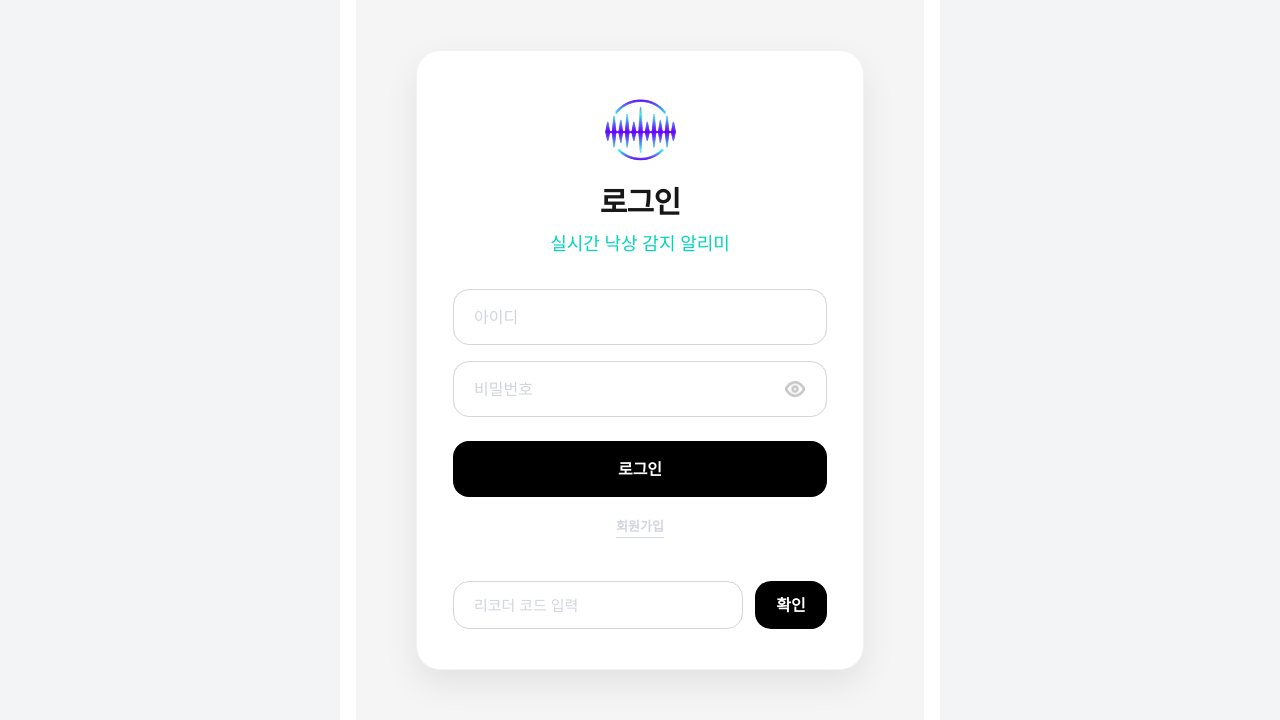
Repository: AudioFallCare/AudioFallCare_web
Page: /
The author's editor kept a copy of each file at every save. The page is drawn from the files as they stood at one save, then again after the next save.
The browser window is 1280 px wide. The pictures show the whole page.
Some web fonts or font styles are not loaded; a fallback is used. The project was rebuilt for these pictures with package versions that can differ from the ones it lists, and the page was loaded fresh each time. Also part of the build but not shown: src/pages/Signup.jsx.

Above is the page before, as saved 2026-01-29 13:32:47.

After the next save:
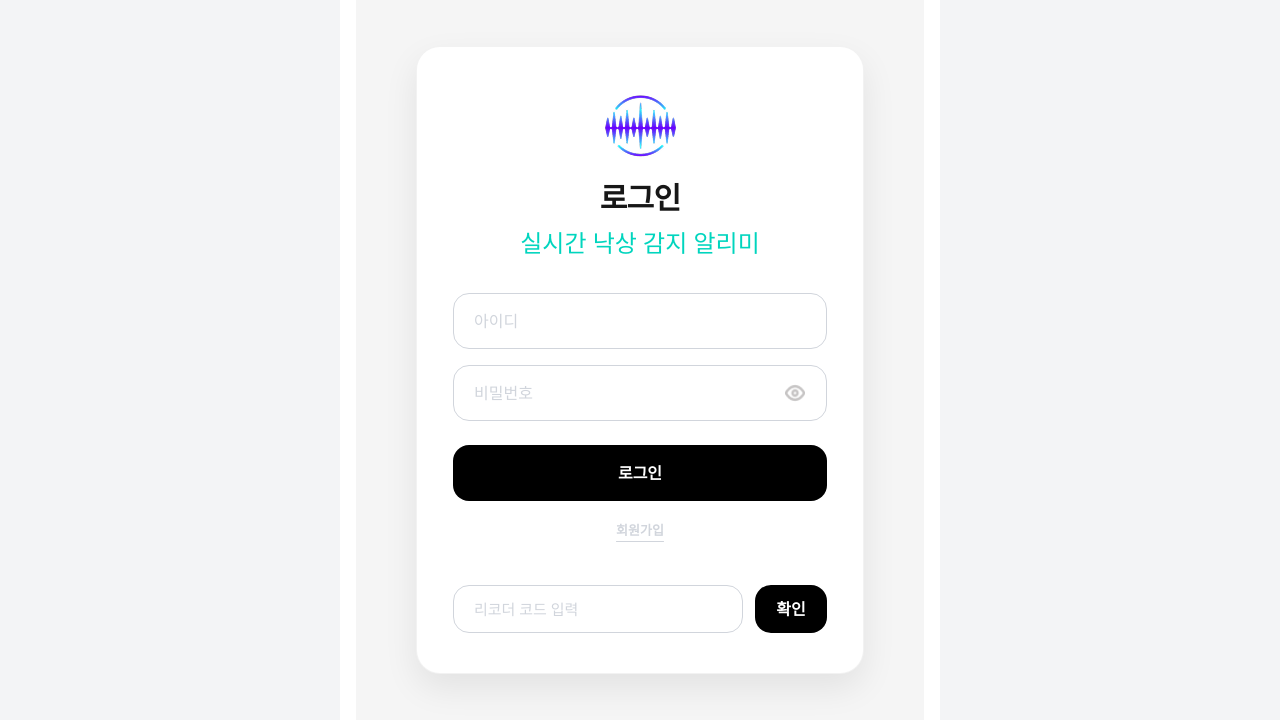
Saved 14 s later.
--- a/src/pages/Signin.jsx
+++ b/src/pages/Signin.jsx
@@ -31,7 +31,7 @@ const Login = () => {
           </div>
 
           <h1 className="text-[30px] font-[700] tracking-tight leading-none">로그인</h1>
-          <p className="mt-3 text-lg font-[500] text-teal-400">실시간 낙상 감지 알리미</p>
+          <p className="mt-3 text-[24px] font-[500] text-teal-400">실시간 낙상 감지 알리미</p>
         </div>
 
         {/* Form */}
